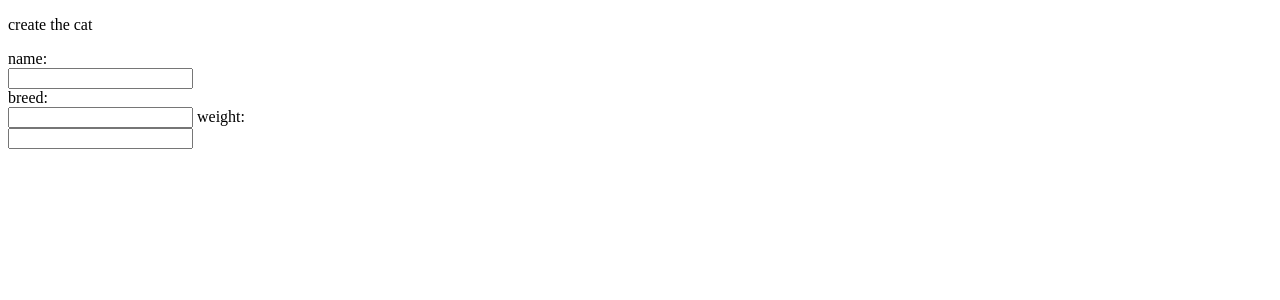
Repository: santsah11/javaStack
Page: http://localhost/ptes/Home
An editor plug-in stored every save of this project. The page is shown before and after the next save, followed by the edit.
The browser window is 1280 px wide. The pictures show the whole page.
The page is served by Tomcat 9. Other server files are loaded and not shown.

Above is the page before, as saved 2018-12-01 01:50:08.

### javaOntheWeb/ptes/WebContent/WEB-INF/index.jsp
<%@ page language="java" contentType="text/html; charset=ISO-8859-1"
	pageEncoding="ISO-8859-1"%>
<!DOCTYPE html>
<html>
<head>
<meta charset="ISO-8859-1">

<title>Insert title here</title>
</head>
<body>
	<div class=container>

		<div>
			<p>create the cat</p>
			<form>
				name:<br> <input type="text" name="firstname"><br>
				breed:<br> <input type="text" name="lastname">
				weight:<br> <input type="int" name="lastname">


			</form>
		</div>
	</div>
</body>
</html>

### javaOntheWeb/ptes/src/com/codingdojo/controllers/Home.java
package com.codingdojo.controllers;

import java.io.IOException;

import javax.servlet.RequestDispatcher;
import javax.servlet.ServletException;
import javax.servlet.annotation.WebServlet;
import javax.servlet.http.HttpServlet;
import javax.servlet.http.HttpServletRequest;
import javax.servlet.http.HttpServletResponse;

/**
 * Servlet implementation class Home
 */
@WebServlet("/Home")
public class Home extends HttpServlet {
	private static final long serialVersionUID = 1L;

    /**
     * @see HttpServlet#HttpServlet()
     */
    public Home() {
        super();
        // TODO Auto-generated constructor stub
    }

	/**
	 * @see HttpServlet#doGet(HttpServletRequest request, HttpServletResponse response)
	 */
	protected void doGet(HttpServletRequest request, HttpServletResponse response) throws ServletException, IOException {
		// TODO Auto-generated method stub
		response.getWriter().append("Served at: ").append(request.getContextPath());


		RequestDispatcher view  = request.getRequestDispatcher("/WEB-INF/index.jsp");
		view.forward(request, response);


	}

	/**
	 * @see HttpServlet#doPost(HttpServletRequest request, HttpServletResponse response)
	 */
	protected void doPost(HttpServletRequest request, HttpServletResponse response) throws ServletException, IOException {
		// TODO Auto-generated method stub
		doGet(request, response);
	}

}

After the next save:
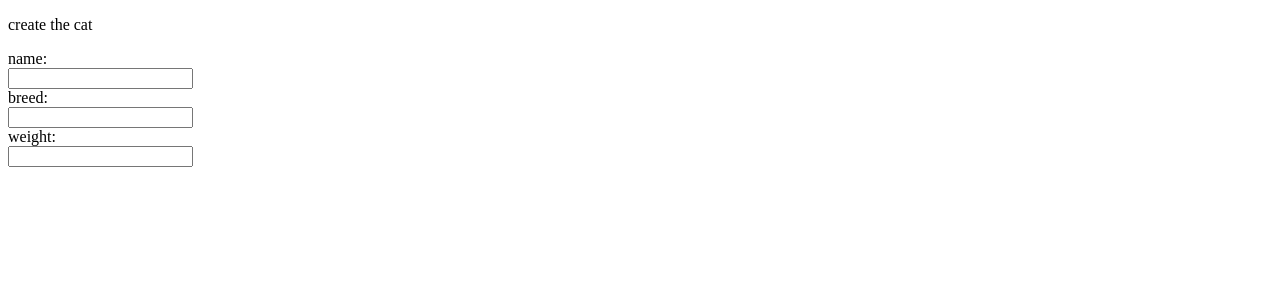
Saved 17 s later.
--- a/javaOntheWeb/ptes/WebContent/WEB-INF/index.jsp
+++ b/javaOntheWeb/ptes/WebContent/WEB-INF/index.jsp
@@ -14,7 +14,7 @@
 			<p>create the cat</p>
 			<form>
 				name:<br> <input type="text" name="firstname"><br>
-				breed:<br> <input type="text" name="lastname">
+				breed:<br> <input type="text" name="lastname"> <br>
 				weight:<br> <input type="int" name="lastname">
 
 
